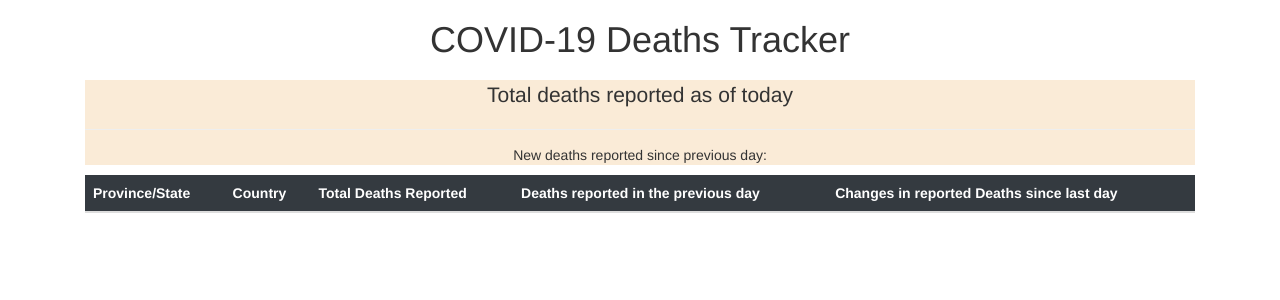
Repository: kimjuneyoung5/Bootcamp-Java
Page: http://localhost/CovidTrackingApp/WEB-INF/deaths.jsp
An editor plug-in stored every save of this project. The page is shown before and after a run of saves, followed by the edit.
The browser window is 1280 px wide. The pictures show the whole page.
The page is served by Tomcat 9. Nobody is signed in. Other server files are loaded and not shown. The template is opened directly, without the code that normally fills it, so the values that code supplies are empty.

Above is the page before, as saved 2021-10-02 03:26:21.

### oop/CovidTrackingApp/src/main/webapp/WEB-INF/deaths.jsp
<%@ page language="java" contentType="text/html; charset=UTF-8"
    pageEncoding="UTF-8"%>
<%@ taglib prefix="c" uri="http://java.sun.com/jsp/jstl/core" %>
<%@ taglib prefix="form" uri="http://www.springframework.org/tags/form"%>
<%@ page isErrorPage="true" %>
<!DOCTYPE html>
<html xmlns:th="http://www.thymeleaf.org">
<head>
	<title>COVID-19 Deaths Tracker</title>
	<meta http-equiv="Content-Type" content="text/html; charset=UTF-8" />
    <link rel="stylesheet" href="https://stackpath.bootstrapcdn.com/bootstrap/4.4.1/css/bootstrap.min.css" integrity="sha384-Vkoo8x4CGsO3+Hhxv8T/Q5PaXtkKtu6ug5TOeNV6gBiFeWPGFN9MuhOf23Q9Ifjh" crossorigin="anonymous">
    <link rel="stylesheet"
		href="https://maxcdn.bootstrapcdn.com/bootstrap/3.3.7/css/bootstrap.min.css" />
    <style>
    	.container{
    		text-align:center;
    	}
    	.container1{
    		text-align:center;
    		background-color: antiquewhite;
    	}
    	.display{
    		line-height:1.2;
    	}
    </style>
</head>
<body>

<div class="container">
<h1>COVID-19 Deaths Tracker</h1>

<div class="container1">
    <h1 class="display"><c:out value="${totalReportedDeaths}"/></h1>
    <p class="lead">Total deaths reported as of today</p>
    <hr class="my-4">
    <p>
        <span>New deaths reported since previous day:</span>
        <span><c:out value="${totalNewDeaths}" /></span>
    </p>

</div>
    <table class="table table-dark">
    	<thead>
        	<tr>
            	<th>Province/State</th>
            	<th>Country</th>
            	<th>Total Deaths Reported</th>
            	<th>Deaths reported in the previous day</th>
            	<th>Changes in reported Deaths since last day</th>
        	</tr>
        </thead>
        <tbody>
        	<c:forEach var="deathsStat"  items="${deathsStats}">
        		<tr>
        			<c:if test="${deathsStat.provinceState == ''}">
            			<td><c:out value="${deathsStat.countryRegion}"/></td>
            		</c:if>
            		<c:if test="${deathsStat.provinceState != ''}">
            			<td><c:out value="${deathsStat.provinceState}"/></td>
            		</c:if>
            		<td><c:out value="${deathsStat.countryRegion}"/></td>
            		<td><c:out value="${deathsStat.latestTotalDeaths}"/></td>
            		<td><c:out value="${deathsStat.prevDayDeaths}"/></td>
            		<td><c:out value="${deathsStat.diffFromPrevDay}"/></td>
        		</tr>
        	</c:forEach>
        </tbody>
    </table>
</div>

</body>
</html>

After the next 2 saves:
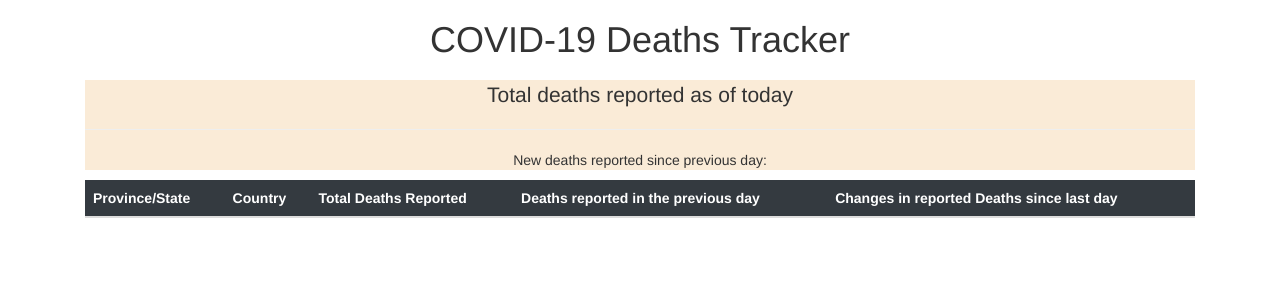
The 2 saves are shown as one change because they came seconds apart.
The last was saved 12 s later.
--- a/oop/CovidTrackingApp/src/main/webapp/WEB-INF/deaths.jsp
+++ b/oop/CovidTrackingApp/src/main/webapp/WEB-INF/deaths.jsp
@@ -32,7 +32,7 @@
 <div class="container1">
     <h1 class="display"><c:out value="${totalReportedDeaths}"/></h1>
     <p class="lead">Total deaths reported as of today</p>
-    <hr class="my-4">
+    <hr class="line">
     <p>
         <span>New deaths reported since previous day:</span>
         <span><c:out value="${totalNewDeaths}" /></span>
